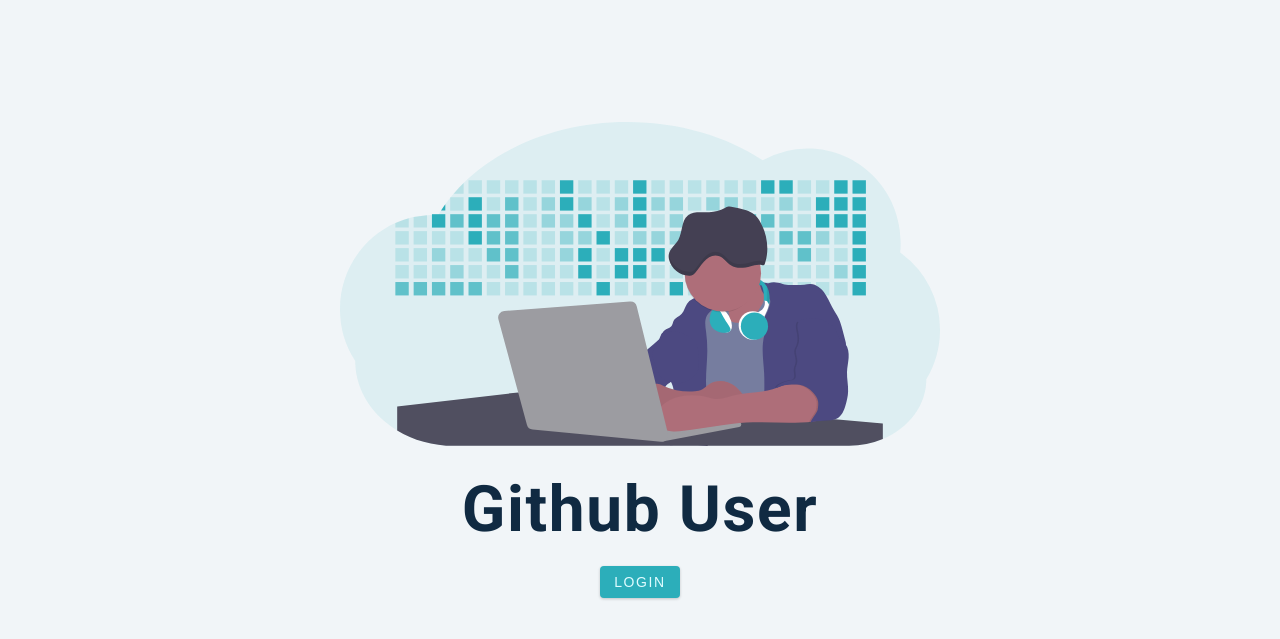
Repository: MateuszWorek/react-search-github-users
Page: /
An editor plug-in stored every save of this project. The page is shown before and after the next save, followed by the edit.
The browser window is 1280 px wide. The pictures show the whole page.
The page's requests for data from a server got no answer. The project was rebuilt for these pictures with package versions that can differ from the ones it lists, and the page was loaded fresh each time. No one was signed in, and anything a server would have sent is missing. Also part of the build but not shown: src/components/Info.js, src/components/Charts/ExampleChart.js, src/components/Charts/Column3D.js, src/components/Charts/Bar3D.js, src/components/Charts/Pie3D.js, src/components/Charts/Doughnut2d.js, src/components/Charts/index.js, src/components/Repos.js and 9 more.

Above is the page before, as saved 2021-02-01 19:33:17.

### src/index.js
import React from 'react';
import ReactDOM from 'react-dom';
import './index.css';
import App from './App';
import * as serviceWorker from './serviceWorker';
import { GithubProvider } from './context/context';
import { Auth0Provider } from '@auth0/auth0-react';

ReactDOM.render(
  <React.StrictMode>
    <Auth0Provider
        domain="dev-p6ck8ml4.eu.auth0.com"
        clientId="VAyXqIdiYVsMuvyUZC75cUUhduVDfhda"
        redirectUri={window.location.origin}>
      <GithubProvider>
        <App />
      </GithubProvider>
    </Auth0Provider>
  </React.StrictMode>,
  document.getElementById('root')
);

// If you want your app to work offline and load faster, you can change
// unregister() to register() below. Note this comes with some pitfalls.
// Learn more about service workers: https://bit.ly/CRA-PWA
serviceWorker.unregister();

### src/App.js
import React from 'react';
import { Dashboard, Login, PrivateRoute, AuthWrapper, Error } from './pages';
import { BrowserRouter as Router, Switch, Route } from 'react-router-dom';

function App() {
  return (
    <Router>
      <Switch>
        <PrivateRoute path="/" exact={ true }>
          <Dashboard></Dashboard>
        </PrivateRoute>
        <Route path="/login">
          <Login></Login>
        </Route>
        <Route path="*">
          <Error></Error>
        </Route>
      </Switch>
    </Router>
  );
}

export default App;

### src/context/context.js
import React, { useState, useEffect } from 'react';
import mockUser from './mockData.js/mockUser';
import mockRepos from './mockData.js/mockRepos';
import mockFollowers from './mockData.js/mockFollowers';
import axios from 'axios';

const rootUrl = 'https://api.github.com';

const GithubContext = React.createContext();

// Provider, Consumer - GithubContext.Provider

const GithubProvider = ({ children }) => {
    const [githubUser, setGithubUser] = useState(mockUser);
    const [repos, setRepos] = useState(mockRepos);
    const [followers, setFollowers] = useState(mockFollowers);
    // request loading
    const [requests, setRequests] = useState(0);
    const [isLoading, setIsLoading] = useState(false);
    // error
    const [error, setError] = useState({ show: false, msg: '', })

    const searchGithubUser = async (user) => {
        toggleError();
        setIsLoading(true);
        const response = await axios(`${ rootUrl }/users/${ user }`)
        .catch(err => console.log(err));
        console.log(response);
        // response === true
        if(response) {
            setGithubUser(response.data);
            const { login, followers_url } = response.data;

            await Promise.allSettled([
                axios(`${ rootUrl }/users/${ login }/repos?per_page=100`),
                axios(`${ followers_url }?per_page=100`)
            ]).then((results) => {
                // console.log(results);
                const [repos, followers] = results;
                const status = 'fulfilled';
                if(repos.status === status) {
                    setRepos(repos.value.data);
                }
                if(followers.status === status) {
                    setFollowers(followers.value.data);
                }
            }).catch(err => console.log(err));
        }
        // response === undefined
        else {
            toggleError(true, 'there is no user with thaht user name');
        }
        checkRequests();
        setIsLoading(false);
    };
    // check rate
    const checkRequests = () => {
        axios(`${ rootUrl }/rate_limit`)
        .then(({ data }) => {
            // console.log(data);
            let { rate: { remaining }} = data;
            // remaining = 0;
            setRequests(remaining);
            if(remaining === 0) {
                // throw an error
                toggleError(true, 'sorry, you have exceeded your hourly rate limit!');
            }
        })
        .catch((err) => { console.log(err);});
    };
    function toggleError(show = false, msg = '') {
        setError({ show, msg });
    };
    // error
    useEffect(checkRequests, []);

    return (
        <GithubContext.Provider value={{ githubUser, repos, followers, requests, error, searchGithubUser, isLoading }}>{ children }</GithubContext.Provider>
    );
};
export { GithubProvider, GithubContext };

### src/context/mockData.js/mockUser.js
export default {
  login: 'john-smilga',
  id: 42133389,
  node_id: 'MDQ6VXNlcjQyMTMzMzg5',
  avatar_url: 'https://avatars3.githubusercontent.com/u/42133389?v=4',
  gravatar_id: '',
  url: 'https://api.github.com/users/john-smilga',
  html_url: 'https://github.com/john-smilga',
  followers_url: 'https://api.github.com/users/john-smilga/followers',
  following_url:
    'https://api.github.com/users/john-smilga/following{/other_user}',
  gists_url: 'https://api.github.com/users/john-smilga/gists{/gist_id}',
  starred_url:
    'https://api.github.com/users/john-smilga/starred{/owner}{/repo}',
  subscriptions_url: 'https://api.github.com/users/john-smilga/subscriptions',
  organizations_url: 'https://api.github.com/users/john-smilga/orgs',
  repos_url: 'https://api.github.com/users/john-smilga/repos',
  events_url: 'https://api.github.com/users/john-smilga/events{/privacy}',
  received_events_url:
    'https://api.github.com/users/john-smilga/received_events',
  type: 'User',
  site_admin: false,
  name: 'John Smilga',
  company: 'Coding Addict',
  blog: 'www.johnsmilga.com',
  location: 'Los Angeles',
  email: null,
  hireable: null,
  bio: 'Creator of Coding Addict',
  twitter_username: 'john_smilga',
  public_repos: 152,
  public_gists: 0,
  followers: 1495,
  following: 0,
  created_at: '2018-08-06T06:48:23Z',
  updated_at: '2020-07-08T05:01:32Z',
};

### src/pages/Login.js
import React from 'react';
import { useAuth0 } from '@auth0/auth0-react';
import styled from 'styled-components';
import loginImg from '../images/login-img.svg';
const Login = () => {
  return <Wrapper>
    <div className="container">
      <img src={ loginImg } alt="github user"/>
      <h1>github user</h1>
      <button className="btn">login</button>
    </div>
  </Wrapper>;
};
const Wrapper = styled.section`
  min-height: 100vh;
  display: grid;
  place-items: center;
  .container {
    width: 90vw;
    max-width: 600px;
    text-align: center;
  }
  img {
    margin-bottom: 2rem;
  }
  h1 {
    margin-bottom: 1.5rem;
  }
`;
export default Login;

### src/pages/PrivateRoute.js
import React from 'react';
import { Route, Redirect } from 'react-router-dom';
import { useAuth0 } from '@auth0/auth0-react';

const PrivateRoute = ({ children, ...rest }) => {
  const { isAuthenticated, user } = useAuth0();
  const isUser = isAuthenticated && user;
  return (
    <Route
      { ...rest }
      render={ () => {
        return isUser ? children : <Redirect to="/login"></Redirect>
    }}></Route>
  );
};
export default PrivateRoute;

Loaded but not shown: public/index.html (common file); src/index.css (common file); src/serviceWorker.js (common file); src/pages/index.js (common file); src/context/mockData.js/mockRepos.js (library); src/context/mockData.js/mockFollowers.js (676 lines, source omitted)

After the next save:
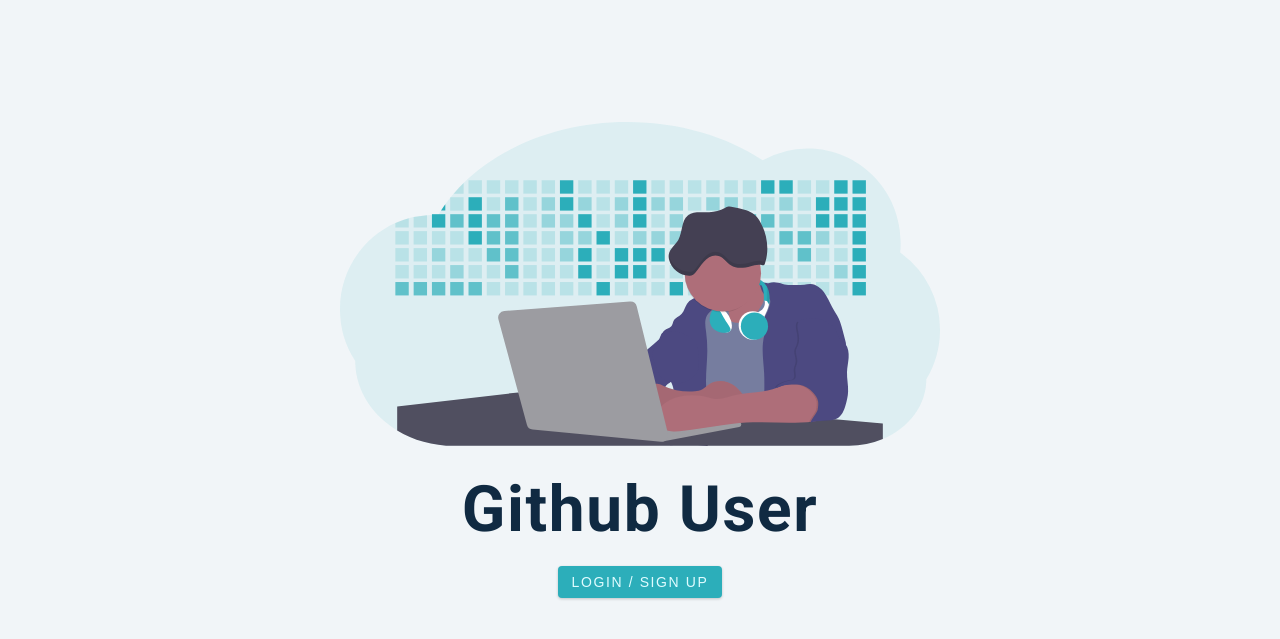
Saved 92 s later.
--- a/src/pages/Login.js
+++ b/src/pages/Login.js
@@ -7,7 +7,7 @@
     <div className="container">
       <img src={ loginImg } alt="github user"/>
       <h1>github user</h1>
-      <button className="btn">login</button>
+      <button className="btn">login / sign up</button>
     </div>
   </Wrapper>;
 };
